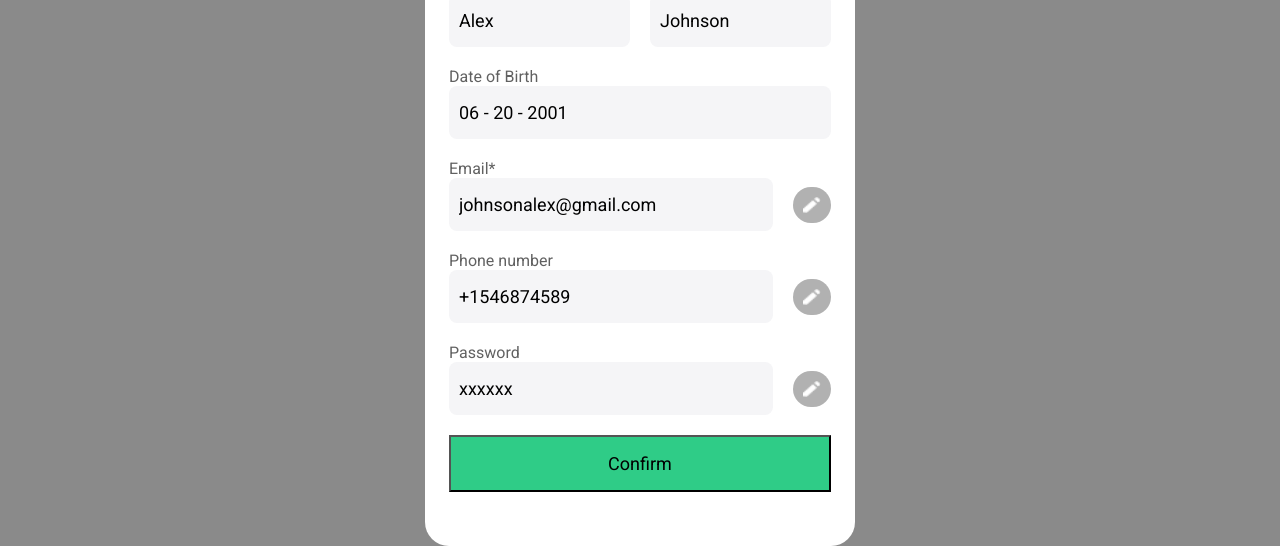
Repository: AytacSafarova/Task-figma-ui
Page: index.html
These files come from the project's save history. The page is drawn as it stood at one moment and after a run of saves; the edit follows.
The browser window is 1280 px wide. The pictures show the part of the page from y = 300 to 846 px (the page is 846 px tall).

Above is the page before, as saved 2023-02-25 17:16:09.

### index.html
<html lang="en">
  <head>
    <meta charset="UTF-8" />
    <meta http-equiv="X-UA-Compatible" content="IE=edge" />
    <meta name="viewport" content="width=device-width, initial-scale=1.0" />
    <link rel="stylesheet" href="./index.css" />
    <title>Document</title>
  </head>
  <body>
    <div class="container">
      <header>
        <svg
          xmlns="http://www.w3.org/2000/svg"
          width="50"
          height="50"
          fill="white"
          class="bi bi-arrow-left"
          viewBox="0 0 16 16"
        >
          <path
            fill-rule="evenodd"
            d="M15 8a.5.5 0 0 0-.5-.5H2.707l3.147-3.146a.5.5 0 1 0-.708-.708l-4 4a.5.5 0 0 0 0 .708l4 4a.5.5 0 0 0 .708-.708L2.707 8.5H14.5A.5.5 0 0 0 15 8z"
          />
        </svg>
        <div>
          <img
            class="avatar"
            src="https://s3-alpha-sig.figma.com/img/2959/89d1/9399ddb7918787ce231f61f9f97ea15b?Expires=1678060800&Signature=C0xFk0h0GI2fI57mIl2Cuhcw9C9DeaDP8Xh22a-eODWN7iSqePwfoeLfXFsw~IB6Ese5ln8LiVrVlhaY3yw~d8Dm6ruKjnM3KalJKEl13uGPoxsW6VkIzsV~XGqpju7Iyb1xsyMSHtG8yI6VMWldnPCjpLq92sj6Axz7ZpRXlxPBoNRbvPcvU~Vd5l8kXx2V67k-gkfoVdUzlOFqDgxw~hcIze3XfzWbqXykXSXDit76bF9ITX6K0DEPn6dScwHg04R4zd5oQMKrY6wMr5HT8-IYTkAgJ6ccXmgX1W4cQ6nlwhDqtiKcVc9BA8viMZhZ9Cu2cURa-73BLVnzPjvjhw__&Key-Pair-Id=APKAQ4GOSFWCVNEHN3O4"
            alt=""
          />
          <div class="circle">
            <img class="vector" src="./images/Vector (1).svg" alt="" />
          </div>
        </div>
        <h1>Alex Johnson</h1>
      </header>
      <form action="">
        <div class="form_title collaj">
          <div class="name">
            <label> First Name </label>

            <input type="text" value="Alex" name="name" />
          </div>
          <div>
            <label> Last Name </label>

            <input type="text" value="Johnson" name="name" />
          </div>
        </div>
        <div class="collaj">
          <label> Date of Birth </label>

          <input type="text" value="06 - 20 - 2001" name="name" />
        </div>
        <div class="collaj">


                <div class="inputLabel collaj">
            <label> Email* </label>
            <div class="iconCollaj">

            <input type="email" value="johnsonalex@gmail.com" name="name" />
        <div class="circle">
            <img class="vector" src="./images/Vector.png" alt="" />
          </div>
          </div>
        </div>

        <div class="inputLabel collaj">
            <label> Phone number </label>
            <div class="iconCollaj">

            <input type="text" value="+1546874589" name="name" />
        <div class="circle">
            <img class="vector" src="./images/Vector.png" alt="" />
          </div>
          </div>
        </div>

        <div class="inputLabel collaj">
            <label> Password </label>
            <div class="iconCollaj">

            <input type="email" value="xxxxxx" name="name" />
        <div class="circle">
            <img class="vector" src="./images/Vector.png" alt="" />
          </div>
          </div>
        </div>
<button type="submit">Confirm</button>

      </form>
    </div>
  </body>
</html>

### index.css
@import url("https://fonts.googleapis.com/css2?family=Roboto:wght@500&display=swap");
@import url('https://fonts.googleapis.com/css2?family=Roboto:wght@400;500&display=swap');
* {
  margin: 0;
  padding: 0;
  box-sizing: border-box;
  font-family: Roboto;
}

body {
  background-color: #8a8a8a;
}
.container {
  width: 430px;
  height: 300px;
  margin: auto;
  border-radius: 24px;
  background: url("https://s3-alpha-sig.figma.com/img/57b8/21bf/6524281b206b72b0a1e17ab08fcf408b?Expires=1678060800&Signature=dZr-K2lwCE5Ckigf8QIxtUhl4TSk0ueejeN7rzCABBnDdToaoYx6nvx2pfkPRKs3~RrBl3GVAyqyEErQNYz-m44bJhV8wbvuoMJ49wxPzzn9-0Sgw35hLz0NSfZkSt4I9YBHM~4CtEH9RewWUhYXG7wU~Q673cPwz~8AbHmEhhuf-W5gD7fRQ91oeiRSaWbOoqbtEVegcvQSyFqxg~x0XWy320~T2FflFitpdu8m3Dna8qcPfX-R6h4CRemO9pB3ltmRu5sw~9qQqcKZLnXpAYFp~rEi~s35MusP6q3sR1inW15SvQsk31uTd5wMDaGITWMuBbP8cCNfFlhLJKeYrA__&Key-Pair-Id=APKAQ4GOSFWCVNEHN3O4");
}
header {
  padding-top: 37px;
  padding-left: 10px;
}
.avatar {
  width: 90px;
  height: 90px;
  border-radius: 50%;
  object-fit: fill;
}
.circle {
  width: 37.95px;
  height: 36px;

  border-radius: 24px;
  padding: 10px;
  background-color: #b1b1b1;
}
.vector {
  width: 17.95px;
  height: 16px;
}
h1 {
  font-family: Roboto;
  font-size: 24px;
  line-height: 28px;
  letter-spacing: 1%;
  color: #ffffff;
  text-align: center;
}
form {
  padding: 34px 24px ;
  background-color: #ffffff;
  border-radius: 24px;
}
.form_title{
    display: flex;
}
.form_title input{
    width: 181px;
    height: 53px;
}
input {
  background-color: #f5f5f7;
 width: 100%;
  padding-top: 16px;
  padding-bottom: 16px;
padding-left: 10px;
  border: none;
  border-radius: 8px;
  font-weight: 400;
  color: #000000
  ;
  font-size: 18px;
}
label{
    display: block;
    color: #616161
    ;
}
.name{
    margin-right: 20px;
}
.collaj{
    margin-bottom: 20px;
}
.iconCollaj{
    display: flex;
}
.iconCollaj .circle{
    margin: auto;
    margin-left: 20px;
}
.inputLabel input{
    Width:
337px;
Height:
53px;
}

button{
    background-color: #2FCC87
    ;
    width: 100%;
    padding-top: 16px
    ;
    padding-bottom: 16px
    ;
    text-align: center;
    color-interpolation-filters: #FFFFFF
    ;
font-size: 18px;
}

After the next 2 saves:
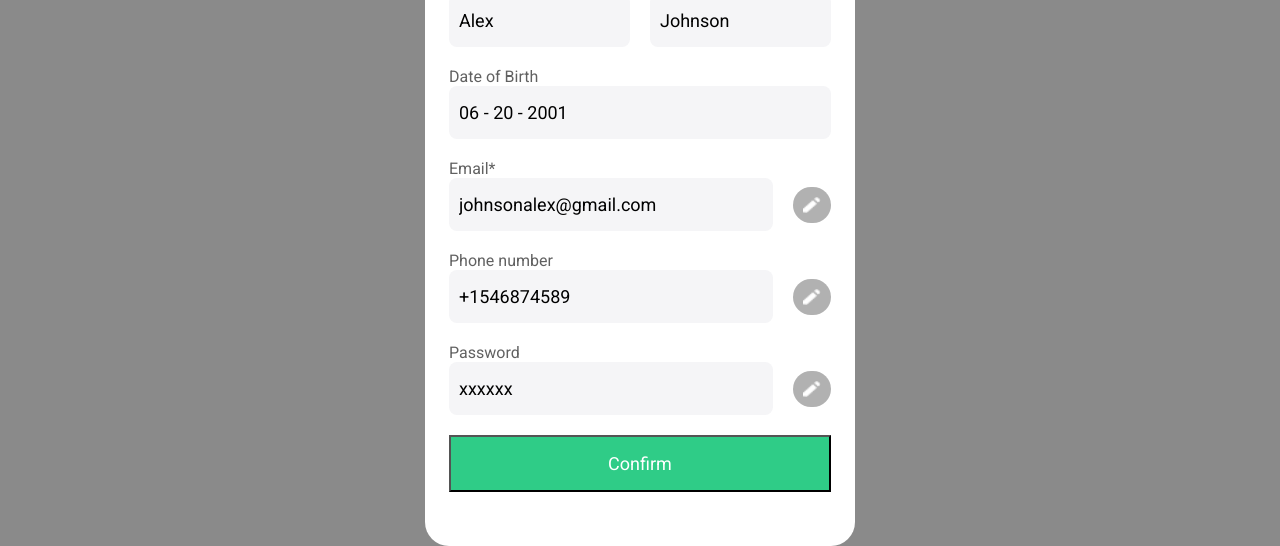
The 2 saves are shown as one change because they came seconds apart.
The last was saved 15 s later.
--- a/index.css
+++ b/index.css
@@ -106,7 +106,7 @@ button{
     padding-bottom: 16px
     ;
     text-align: center;
-    color-interpolation-filters: #FFFFFF
+    color: #FFFFFF
     ;
 font-size: 18px;
 }
